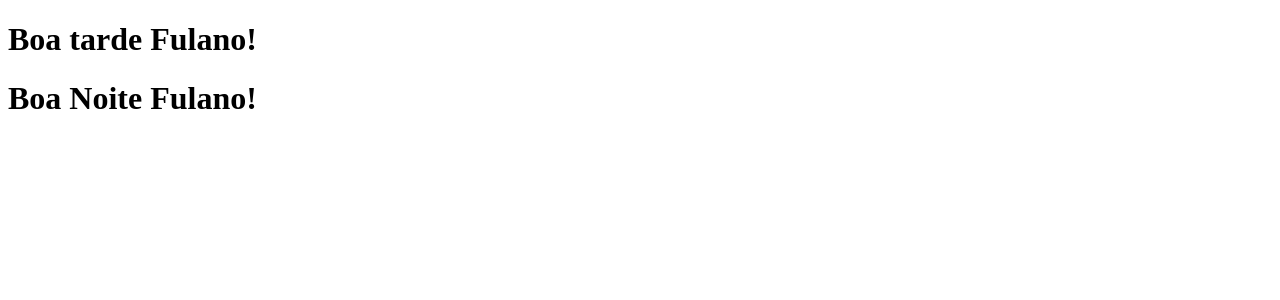
Repository: eversonps/react-fundamentos
Page: / (app in v2/exercicios/)
An editor plug-in stored every save of this project. The page is shown before and after the next save, followed by the edit.
The browser window is 1280 px wide. The pictures show the whole page.
The project was rebuilt for these pictures with package versions that can differ from the ones it lists, and the page was loaded fresh each time.

Above is the page before, as saved 2022-03-21 15:16:51.

After the next save:
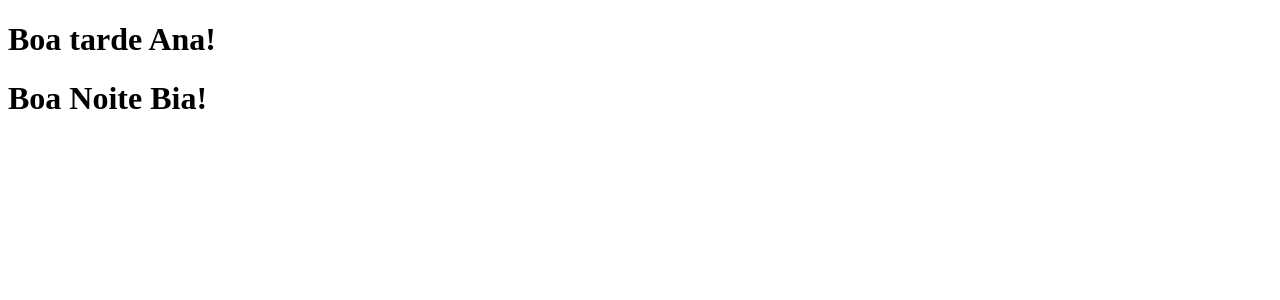
Saved 14 s later.
--- a/v2/exercicios/src/index.js
+++ b/v2/exercicios/src/index.js
@@ -5,8 +5,8 @@ import { BoaTarde, BoaNoite } from "./componentes/Multiplos"
 
 ReactDOM.render(
     <div>
-        <BoaTarde nome="Fulano"></BoaTarde>
-        <BoaNoite nome="Fulano"></BoaNoite>
+        <BoaTarde nome="Ana"></BoaTarde>
+        <BoaNoite nome="Bia"></BoaNoite>
     </div>,
     document.getElementById("root")
 )
